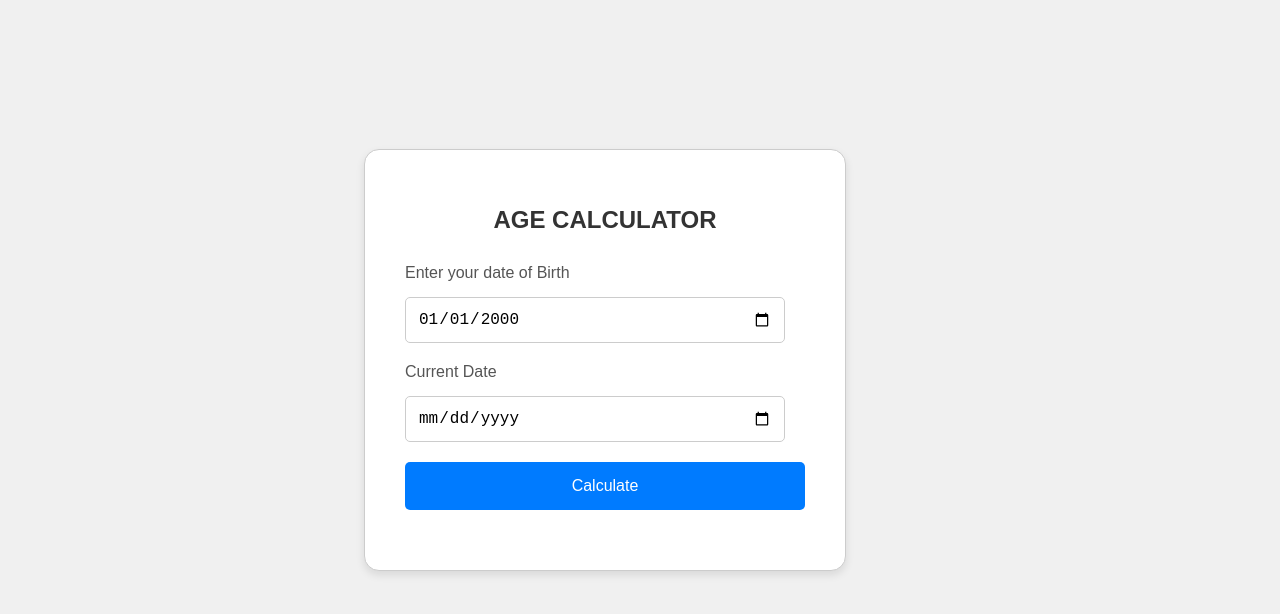
Repository: Femi007-gh/Calculator
Page: index.html
An editor plug-in stored every save of this project. The page is shown before and after the next save, followed by the edit.
The browser window is 1280 px wide. The pictures show the whole page.

Above is the page before, as saved 2025-03-27 20:31:28.

After the next save:
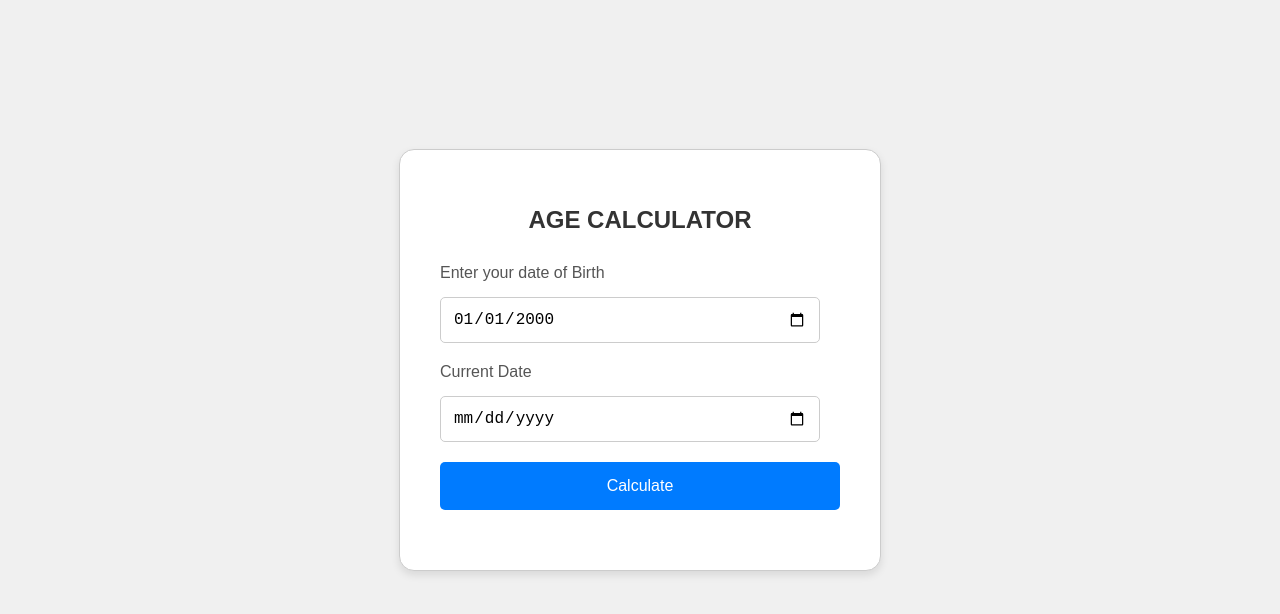
Saved 12 s later.
--- a/style.css
+++ b/style.css
@@ -63,5 +63,5 @@ button:hover {
   font-weight: bold;
   color: #333;
   margin-top: 360px;
-  margin-right: 70px;
+
 }
